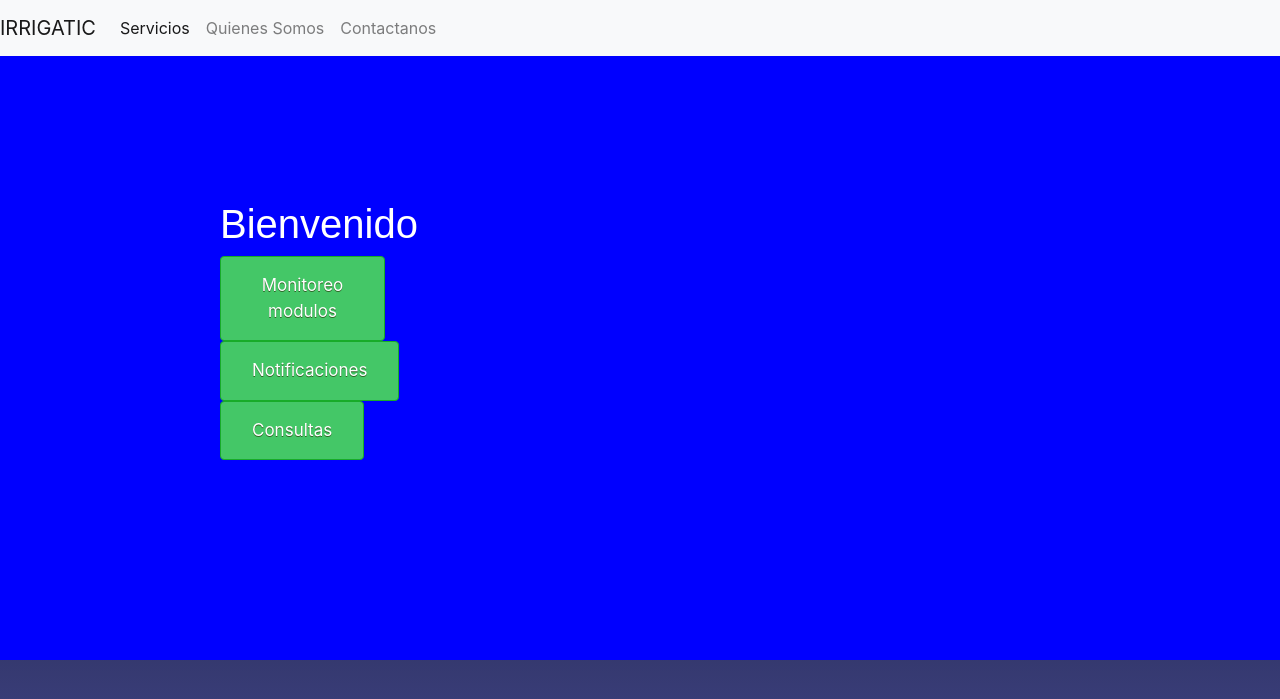
Repository: CristianPalta1/pages_react
Page: /Dashboard
These files come from the project's save history. The page is drawn as it stood at one moment and after the next save; the edit follows.
The browser window is 1280 px wide. The pictures show the whole page.
The project was rebuilt for these pictures with package versions that can differ from the ones it lists, and the page was loaded fresh each time. Also part of the build but not shown: src/components/Forms.jsx, src/pages/Inicio.jsx, src/pages/IngresoDoc.jsx, src/pages/NotifiDoc.jsx, src/pages/styles/Badges.css, src/components/Registros.jsx, src/components/styles/BadgesList.css, src/components/BadgeList.jsx and 6 more.

Above is the page before, as saved 2019-08-29 15:03:27.

After the next save:
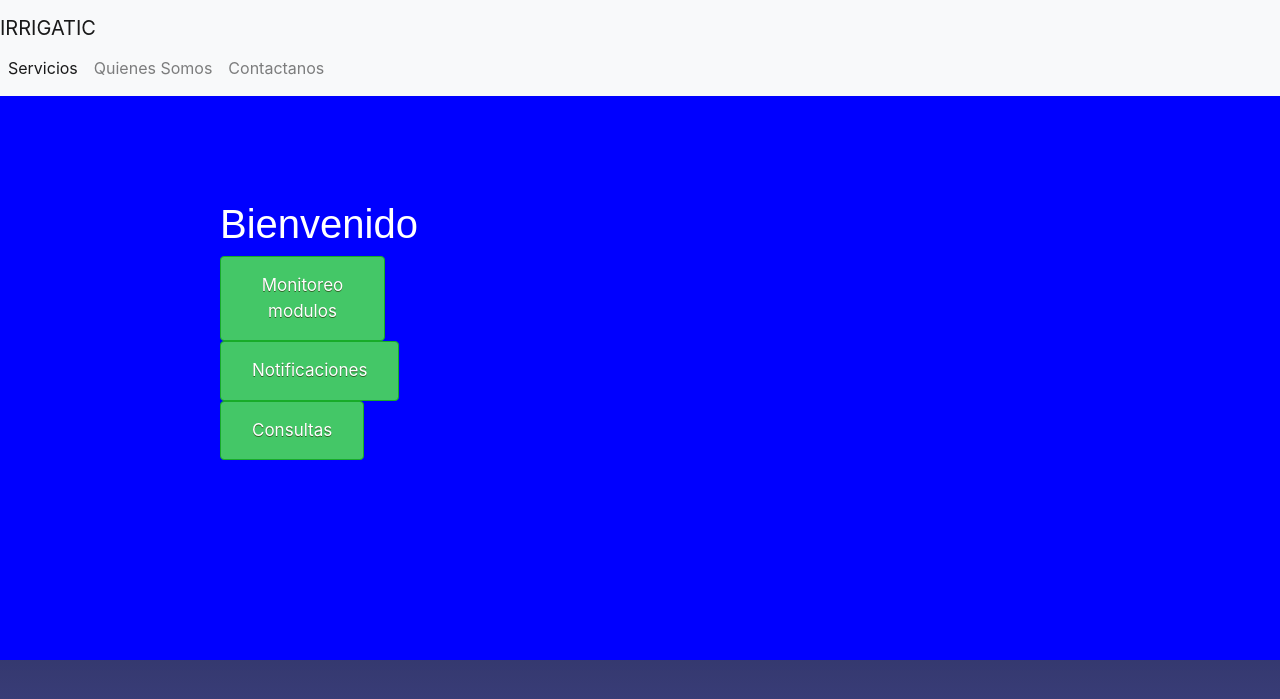
Saved 6 s later.
--- a/src/components/Navbar.jsx
+++ b/src/components/Navbar.jsx
@@ -8,7 +8,7 @@ import "./styles/Navbar.css";
 class Navbar extends React.Component {
   render() {
     return (
-      <nav className="Navbar navbar navbar-expand-lg navbar-light bg-light fixed-top" role="navigation">
+      <nav className="Navbar navbar-expand-lg navbar-light bg-light fixed-top" role="navigation">
         <a className="navbar-brand" href="#">
           IRRIGATIC
         </a>
